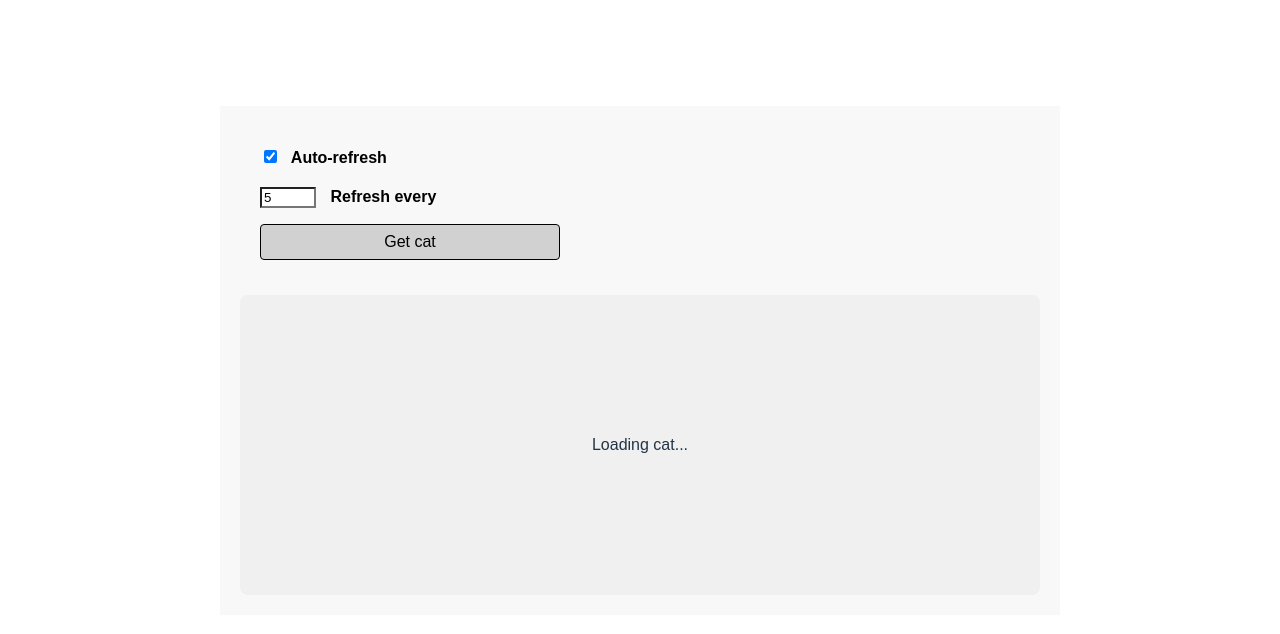
Repository: Pharaoh5/test-assignment5
Page: /
The author's editor kept a copy of each file at every save. The page is drawn from the files as they stood at one save, then again after the next save.
The browser window is 1280 px wide. The pictures show the whole page.
The page's requests for data from a server got no answer. The project was rebuilt for these pictures with package versions that can differ from the ones it lists, and the page was loaded fresh each time. No one was signed in, and anything a server would have sent is missing. Also part of the build but not shown: vite.config.ts.

Above is the page before, as saved 2025-04-08 19:36:36.

### index.html
<!doctype html>
<html lang="en">
  <head>
    <meta charset="UTF-8" />
    <link rel="icon" type="image/svg+xml" href="/vite.svg" />
    <meta name="viewport" content="width=device-width, initial-scale=1.0" />
    <title>Vite + React + TS</title>
  </head>
  <body>
    <div id="root" style="width: 100%;"></div>
    <script type="module" src="/src/main.tsx"></script>
  </body>
</html>

### src/App.tsx
import { useState, useEffect } from 'react';
import styled from 'styled-components';
import CatImage from './components/CatImage';
import Controls from './components/Controls';

const AppContainer = styled.div`
  background-color: #f8f8f8;
  font-family: Arial, sans-serif;
  max-width: 800px;
  margin: 0 auto;
  padding: 20px;
  text-align: center;
`;

const App = () => {
  const [catImage, setCatImage] = useState(null);
  const [autoRefresh, setAutoRefresh] = useState(true);
  const [refreshInterval, setRefreshInterval] = useState(5);

  const fetchCat = async () => {
    try {
      const response = await fetch('https://api.thecatapi.com/v1/images/search');
      const data = await response.json();
      setCatImage(data[0].url);
    } catch (error) {
      console.error('Error fetching cat:', error);
    }
  };

  useEffect(() => {
    fetchCat();
  }, []);

  useEffect(() => {
    let intervalId: number;
    if (autoRefresh) {
      intervalId = setInterval(fetchCat, refreshInterval * 1000);
    }
    return () => {
      if (intervalId) clearInterval(intervalId);
    };
  }, [autoRefresh, refreshInterval]);

  return (
    <AppContainer>
      <Controls
      autoRefresh={autoRefresh}
      refreshInterval={refreshInterval}
      onToggleAutoRefresh={() => setAutoRefresh(!autoRefresh)}
      onRefreshIntervalChange={(e: React.ChangeEvent<HTMLInputElement>) => setRefreshInterval(Number(e.target.value))}
      onManualRefresh={fetchCat}
      />
      <CatImage imageUrl={catImage as string | null} />
    </AppContainer>
  );
};

export default App;

### src/components/CatImage.tsx
import styled from 'styled-components';

const ImageContainer = styled.div`
`;

const CatImg = styled.img`
  max-width: 100%;
  max-height: 500px;
  border-radius: 8px;
  box-shadow: 0 2px 4px rgba(0, 0, 0, 0.1);
`;

const Placeholder = styled.div`
  width: 100%;
  height: 300px;
  background-color: #f0f0f0;
  display: flex;
  align-items: center;
  justify-content: center;
  border-radius: 8px;
`;

interface CatImageProps {
    imageUrl?: string | null;
  }

const CatImage = ({ imageUrl }: CatImageProps) => {
  return (
    <ImageContainer>
      {imageUrl ? (
        <CatImg src={imageUrl} alt="Random cat" />
      ) : (
        <Placeholder>Loading cat...</Placeholder>
      )}
    </ImageContainer>
  );
};

export default CatImage;

### src/components/Controls.tsx
import styled from 'styled-components';

const ControlsContainer = styled.div`
  padding: 20px;
  border-radius: 8px;
  text-align: left;
`;

const ControlGroup = styled.div`
  margin-bottom: 15px;
  text-align: left;
  color: black;
`;

const Label = styled.label`
  margin-right: 10px;
  font-weight: bold;
  color: black;
`;

const Button = styled.button`
  width: 300px;
  padding: 8px 16px;
  background-color:rgb(209, 209, 209);
  color: black;
  border: none;
  border-radius: 4px;
  cursor: pointer;
  font-size: 16px;
  border: 1px solid black;

  &:hover {
    box-shadow: 4px 4px 8px 0px rgba(29, 29, 29, 0.2);
  }
`;

interface ControlsProps {
  autoRefresh: boolean;
  refreshInterval: number;
  onToggleAutoRefresh: (event: React.ChangeEvent<HTMLInputElement>) => void;
  onRefreshIntervalChange: (event: React.ChangeEvent<HTMLInputElement>) => void;
  onManualRefresh: () => void;
}

const Controls: React.FC<ControlsProps> = ({
  autoRefresh,
  refreshInterval,
  onToggleAutoRefresh,
  onRefreshIntervalChange,
  onManualRefresh
}) => {
  return (
    <ControlsContainer>
      <ControlGroup>
        <Label>
          <input
            type="checkbox"
            checked={autoRefresh}
            onChange={onToggleAutoRefresh}
            style={{ marginRight: '10px' }}
          /> Auto-refresh
        </Label>
      </ControlGroup>

      {autoRefresh && (
        <ControlGroup>
          <Label>
            <input
              type="number"
              min="1"
              max="60"
              value={refreshInterval}
              onChange={onRefreshIntervalChange}
              style={{ marginRight: '10px', backgroundColor: 'white', color: 'black'}}
            /> Refresh every
          </Label>
        </ControlGroup>
      )}

      <ControlGroup>
        <Button onClick={onManualRefresh}>Get cat</Button>
      </ControlGroup>
    </ControlsContainer>
  );
};

export default Controls;

Loaded but not shown: src/main.tsx (common file); src/index.css (common file)

After the next save:
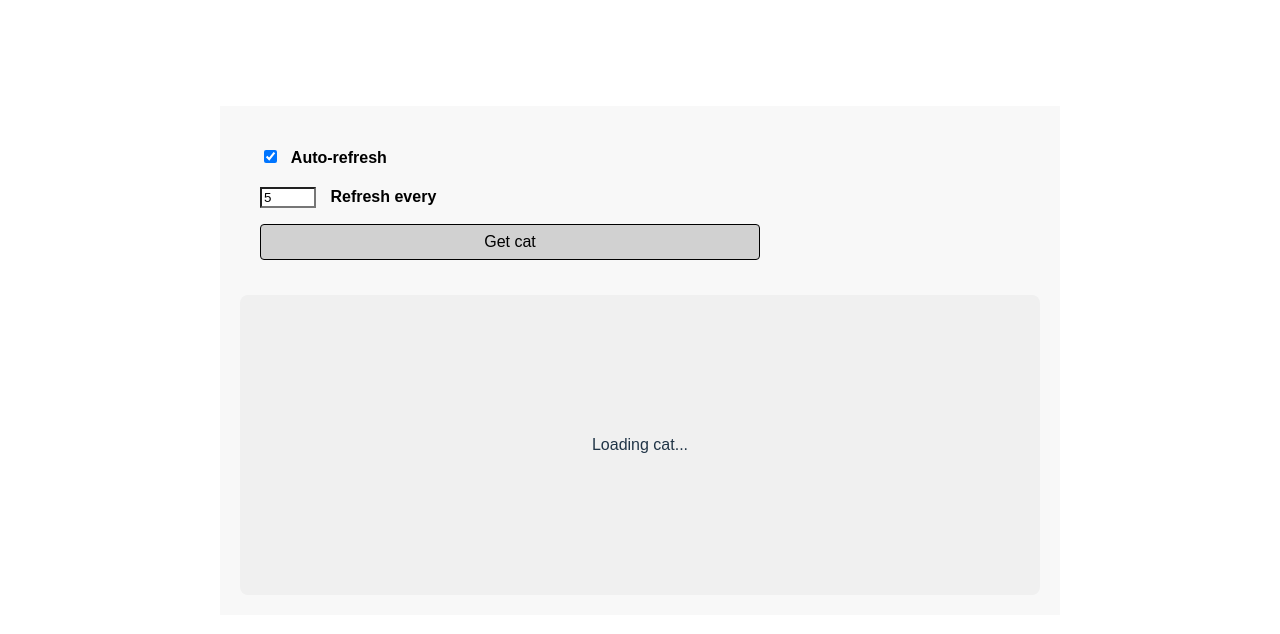
Saved 6 s later.
--- a/src/components/Controls.tsx
+++ b/src/components/Controls.tsx
@@ -19,7 +19,7 @@ const Label = styled.label`
 `;
 
 const Button = styled.button`
-  width: 300px;
+  width: 500px;
   padding: 8px 16px;
   background-color:rgb(209, 209, 209);
   color: black;
